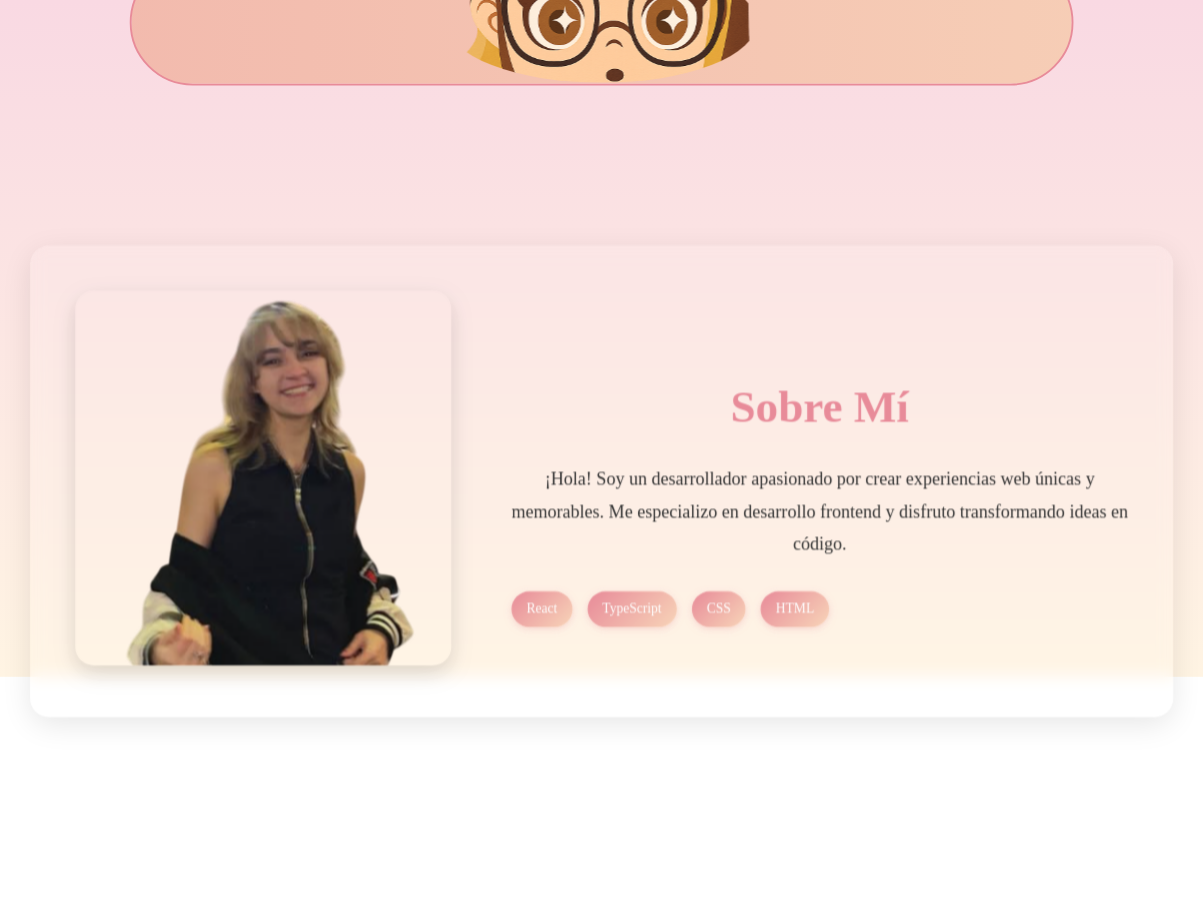
Repository: cflorido/Portafolio
Page: /
The author's editor kept a copy of each file at every save. The page is drawn from the files as they stood at one save, then again after the next save.
The browser window is 1280 px wide. The pictures show the whole page, at 94% of full size.
Some web fonts or font styles are not loaded; a fallback is used. The project was rebuilt for these pictures with package versions that can differ from the ones it lists, and the page was loaded fresh each time. Also part of the build but not shown: vite.config.ts.

Above is the page before, as saved 2025-09-03 20:11:46.

After the next save:
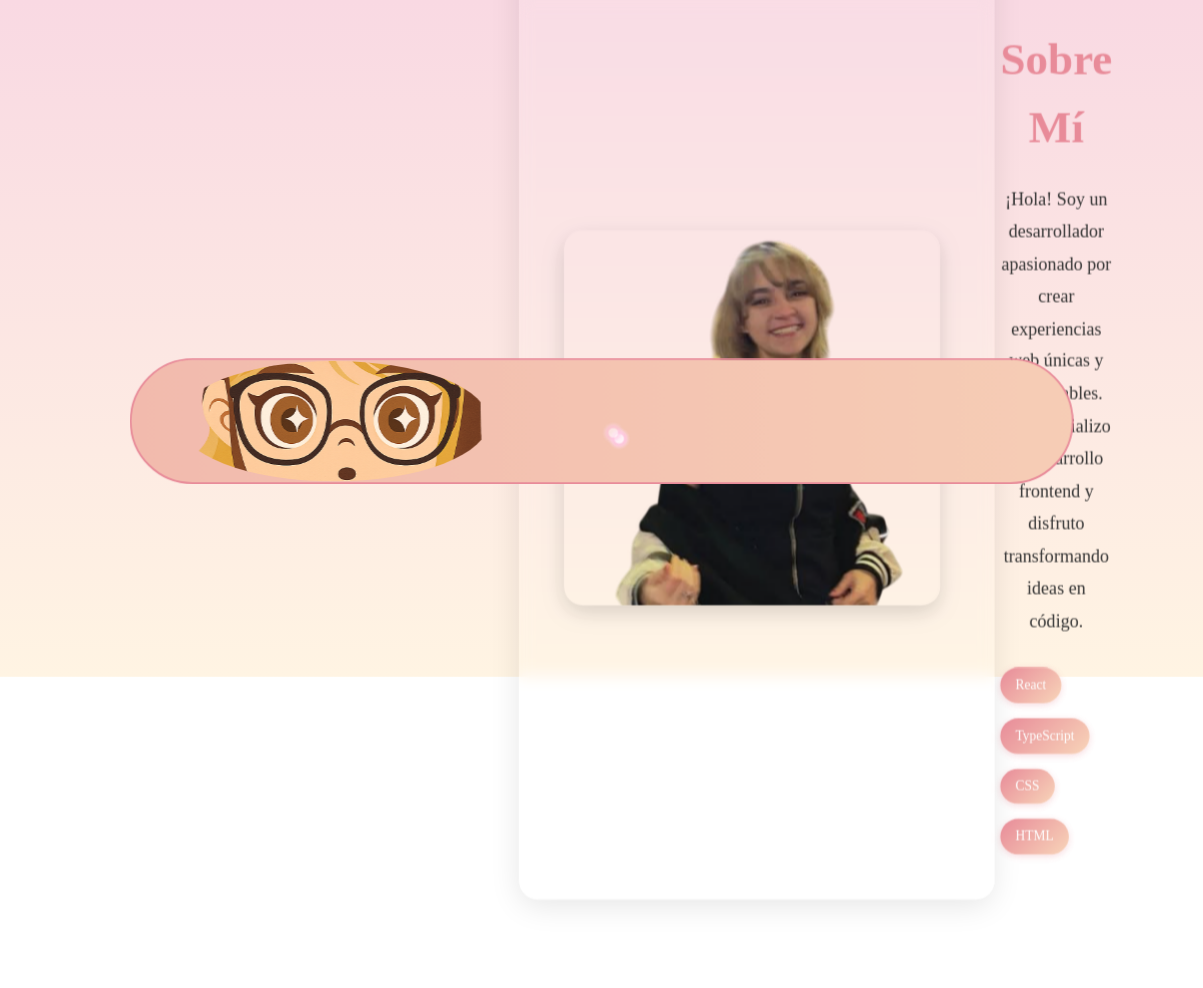
Saved 6 s later.
--- a/src/App.tsx
+++ b/src/App.tsx
@@ -36,10 +36,11 @@
         <div className="avatar-stars"></div>
         <div className="avatar-pill"></div>
         <img className="avatar" src="public/ilustracion.png" alt="Avatar" />
-      </div>
-      <div className="about-me-section">
+              <div className="about-me-section">
         <AboutMe />
       </div>
+      </div>
+
       </main>
 
       <footer></footer>
